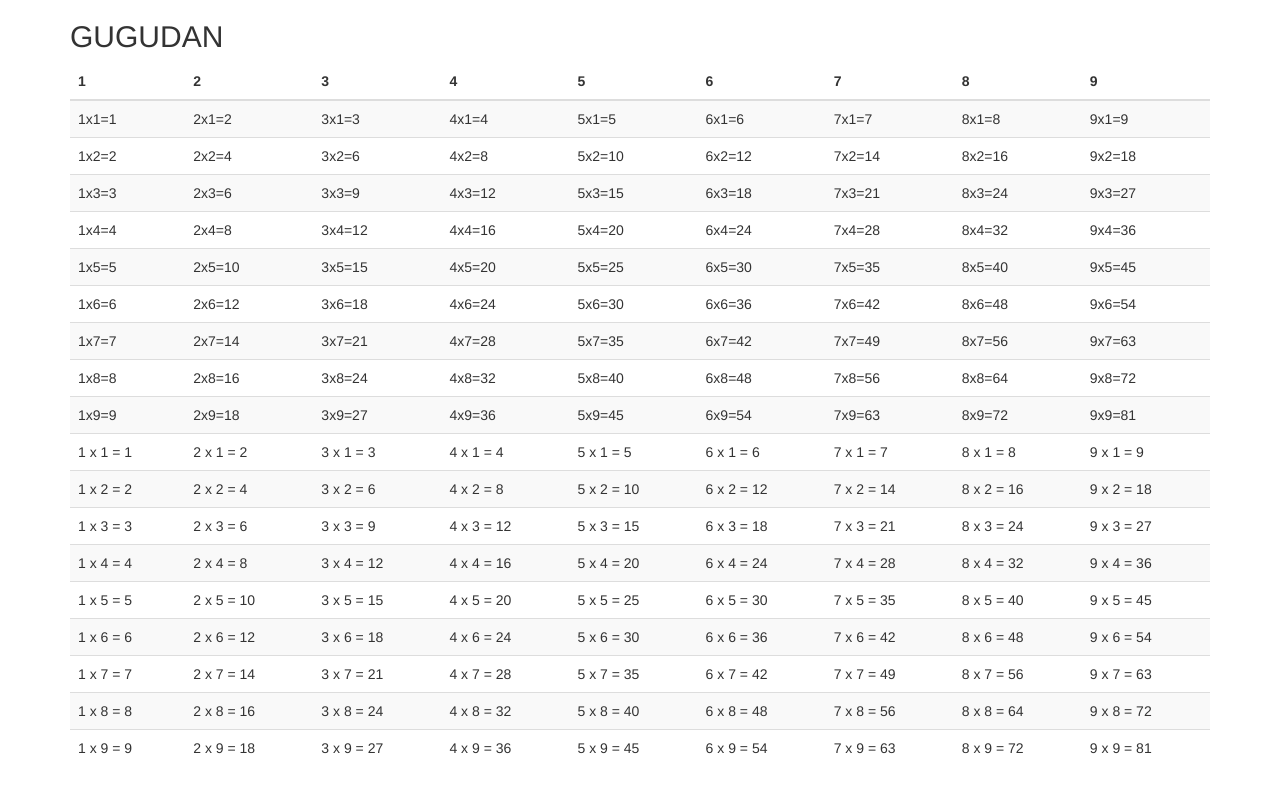
Repository: SongSooJin/JSP
Page: http://localhost/5-jsp-basic/example5/gugudan4.jsp
An editor plug-in stored every save of this project. The page is shown before and after the next save, followed by the edit.
The browser window is 1280 px wide. The pictures show the whole page.
The page is served by Tomcat 9. Other server files are loaded and not shown.

Above is the page before, as saved 2018-10-08 06:07:03.

### 5-jsp-basic/WebContent/example5/gugudan4.jsp
<%@ page language="java" contentType="text/html; charset=UTF-8"
	pageEncoding="UTF-8"%>
<%@ taglib prefix="c" uri="http://java.sun.com/jsp/jstl/core"%>
<!DOCTYPE html>
<html>
<head>
<meta charset="UTF-8">
<title>Insert title here</title>
<meta name="viewport" content="width=device-width, initial-scale=1">
<link rel="stylesheet"
	href="https://maxcdn.bootstrapcdn.com/bootstrap/3.3.7/css/bootstrap.min.css">
<script
	src="https://ajax.googleapis.com/ajax/libs/jquery/3.3.1/jquery.min.js"></script>
<script
	src="https://maxcdn.bootstrapcdn.com/bootstrap/3.3.7/js/bootstrap.min.js"></script>

</head>
<body>

	<div class="container">
	<h2>GUGUDAN</h2>
		<table class="table table-striped">
			<thead>
				<tr>
					<%
						/*	for (int i = 1; i <= 9; i++) {
							out.print("<th>" + i + "</th>");
						} */
					%>
					<c:forEach var="i" begin="1" end="9" step="1">
						<th>${i }</th>
					</c:forEach>
				</tr>
			</thead>

			<tbody>
				<%
					for (int i = 1; i <= 9; i++) { // 행
						out.print("<tr>");
						for (int j = 1; j <= 9; j++) { // 열
							out.print("<td>");
							out.print(j + "x" + i + "=" + (i * j));
							out.print("</td>");
						}

						out.print("</tr>");
					}
				%>
				<c:forEach var="i" begin="1" end="9" step="1">
					<tr>
					<c:forEach var="j" begin="1" end="9" step="1">
						<td>
							${j} x ${i} = ${i * j}
						</td>
					</c:forEach>
					</tr>
				</c:forEach>
			</tbody>
		</table>
	</div>

</body>
</html>

After the next save:
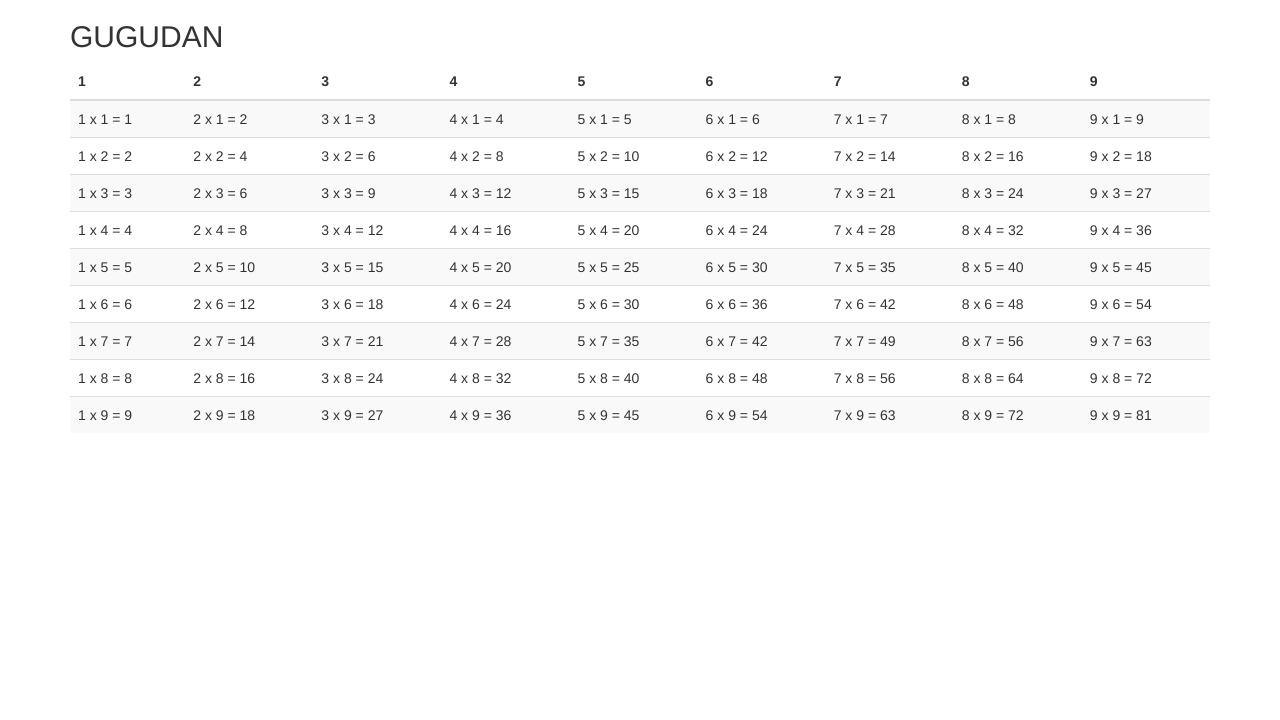
Saved 29 s later.
--- a/5-jsp-basic/WebContent/example5/gugudan4.jsp
+++ b/5-jsp-basic/WebContent/example5/gugudan4.jsp
@@ -35,7 +35,7 @@
 
 			<tbody>
 				<%
-					for (int i = 1; i <= 9; i++) { // 행
+					/* for (int i = 1; i <= 9; i++) { // 행
 						out.print("<tr>");
 						for (int j = 1; j <= 9; j++) { // 열
 							out.print("<td>");
@@ -44,7 +44,7 @@
 						}
 
 						out.print("</tr>");
-					}
+					} */
 				%>
 				<c:forEach var="i" begin="1" end="9" step="1">
 					<tr>
